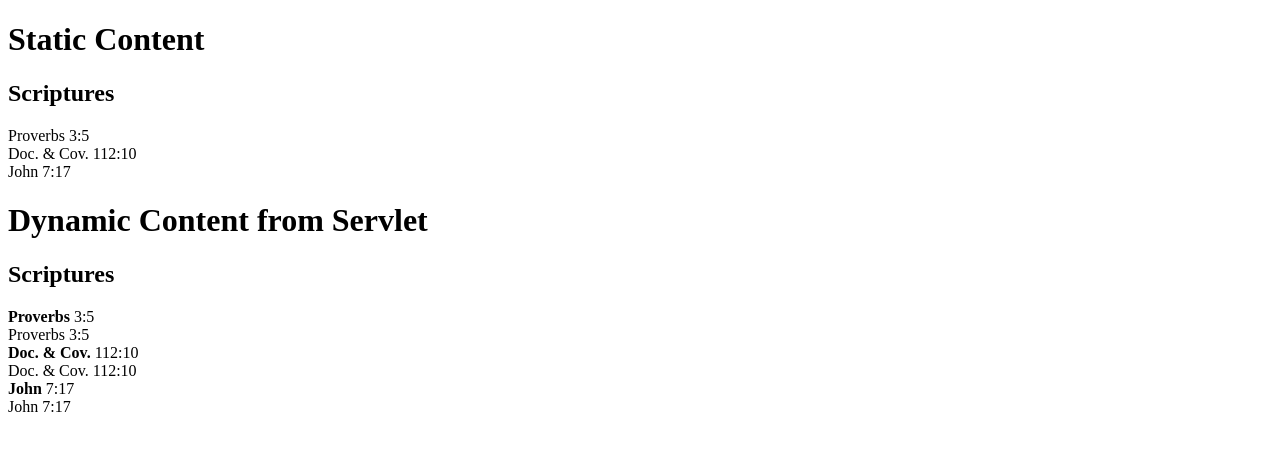
Repository: Bodily-Brad/CS313-Group-Java
Page: http://localhost/8.01/ShowList
These files come from the project's save history. The page is drawn as it stood at one moment and after the next save; the edit follows.
The browser window is 1280 px wide. The pictures show the whole page.
The page is served by Tomcat 9. Other server files are loaded and not shown.

Above is the page before, as saved 2014-11-10 20:45:16.

### 8.01/WebContent/scriptureList.jsp
<%@ page language="java" contentType="text/html; charset=ISO-8859-1"
    pageEncoding="ISO-8859-1"%>
<%@ taglib prefix="c" uri="http://java.sun.com/jsp/jstl/core"%>

<!DOCTYPE html PUBLIC "-//W3C//DTD HTML 4.01 Transitional//EN" "http://www.w3.org/TR/html4/loose.dtd">
<html>
<head>
<meta http-equiv="Content-Type" content="text/html; charset=ISO-8859-1">
<title>Scripture List</title>
</head>
<body>
	<div>
		<h1>Static Content</h1>
		<h2>Scriptures</h2>
		Proverbs 3:5<br>
		Doc. &amp; Cov. 112:10<br>
		John 7:17<br>
	</div>
	<div>
		<h1>Dynamic Content from Servlet</h1>
		<h2>Scriptures</h2>
		<c:forEach var="scripture" items="${scriptures}">
			<strong>${scripture.book}</strong> ${scripture.chapter}:${scripture.verse}<br>
			${scripture}<br>
		</c:forEach>
	</div>
</body>
</html>

### 8.01/src/scriptures/ShowList.java
package scriptures;

import java.io.IOException;
import java.util.ArrayList;
import java.util.List;
import javax.servlet.ServletException;
import javax.servlet.annotation.WebServlet;
import javax.servlet.http.HttpServlet;
import javax.servlet.http.HttpServletRequest;
import javax.servlet.http.HttpServletResponse;
import scriptures.model.Scripture;

/**
 * Servlet implementation class ShowList
 */
@WebServlet("/ShowList")
public class ShowList extends HttpServlet {
	private static final long serialVersionUID = 1L;

    /**
     * @see HttpServlet#HttpServlet()
     */
    public ShowList() {
        super();
        // TODO Auto-generated constructor stub
    }

	/**
	 * @see HttpServlet#doGet(HttpServletRequest request, HttpServletResponse response)
	 */
	protected void doGet(HttpServletRequest request, HttpServletResponse response) throws ServletException, IOException {
		// TODO Auto-generated method stub
		List<Scripture> scriptures = new ArrayList<Scripture>();
		scriptures.add(new Scripture("Proverbs",3,5));
		scriptures.add(new Scripture("Doc. & Cov.", 112, 10));
		scriptures.add(new Scripture("John", 7, 17));

		// Pass as attribute
		request.setAttribute("scriptures", scriptures);

		// Transfer control
		request.getRequestDispatcher("scriptureList.jsp").forward(request, response);
	}
}

### 8.01/src/scriptures/model/Scripture.java
package scriptures.model;

public class Scripture {
	private String book;
	private int chapter;
	private int verse;

	// Constructors
	public Scripture()
	{
		setBook("");
		setChapter(1);
		setVerse(1);
	}

	public Scripture(String book, int chapter, int verse)
	{
		this.setBook(book);
		this.setChapter(chapter);
		this.setVerse(verse);
	}

	// Properties
	public String getBook() { return book; }
	public void setBook(String book) { this.book = book; }

	public int getChapter() { return chapter; }
	public void setChapter(int chapter) { this.chapter = chapter; }

	public int getVerse() { return verse; }
	public void setVerse(int verse) { this.verse = verse; }

	// Methods
	@Override
	public String toString()
	{
		return book + " " + chapter + ":" + verse;
	}

}

After the next save:
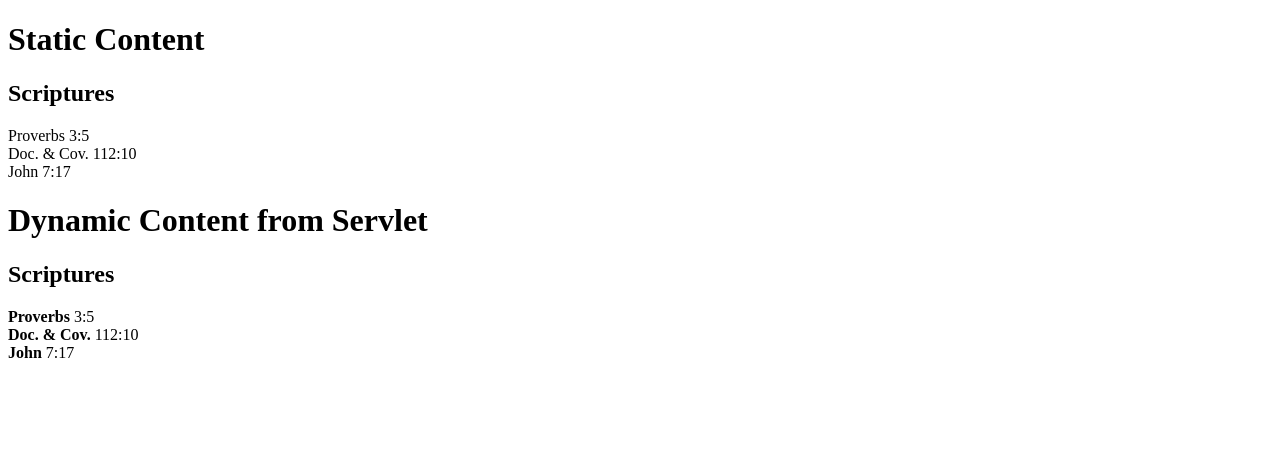
Saved 10 min 41 s later.
--- a/8.01/WebContent/scriptureList.jsp
+++ b/8.01/WebContent/scriptureList.jsp
@@ -21,7 +21,6 @@
 		<h2>Scriptures</h2>
 		<c:forEach var="scripture" items="${scriptures}">
 			<strong>${scripture.book}</strong> ${scripture.chapter}:${scripture.verse}<br>
-			${scripture}<br>
 		</c:forEach>
 	</div>
 </body>
